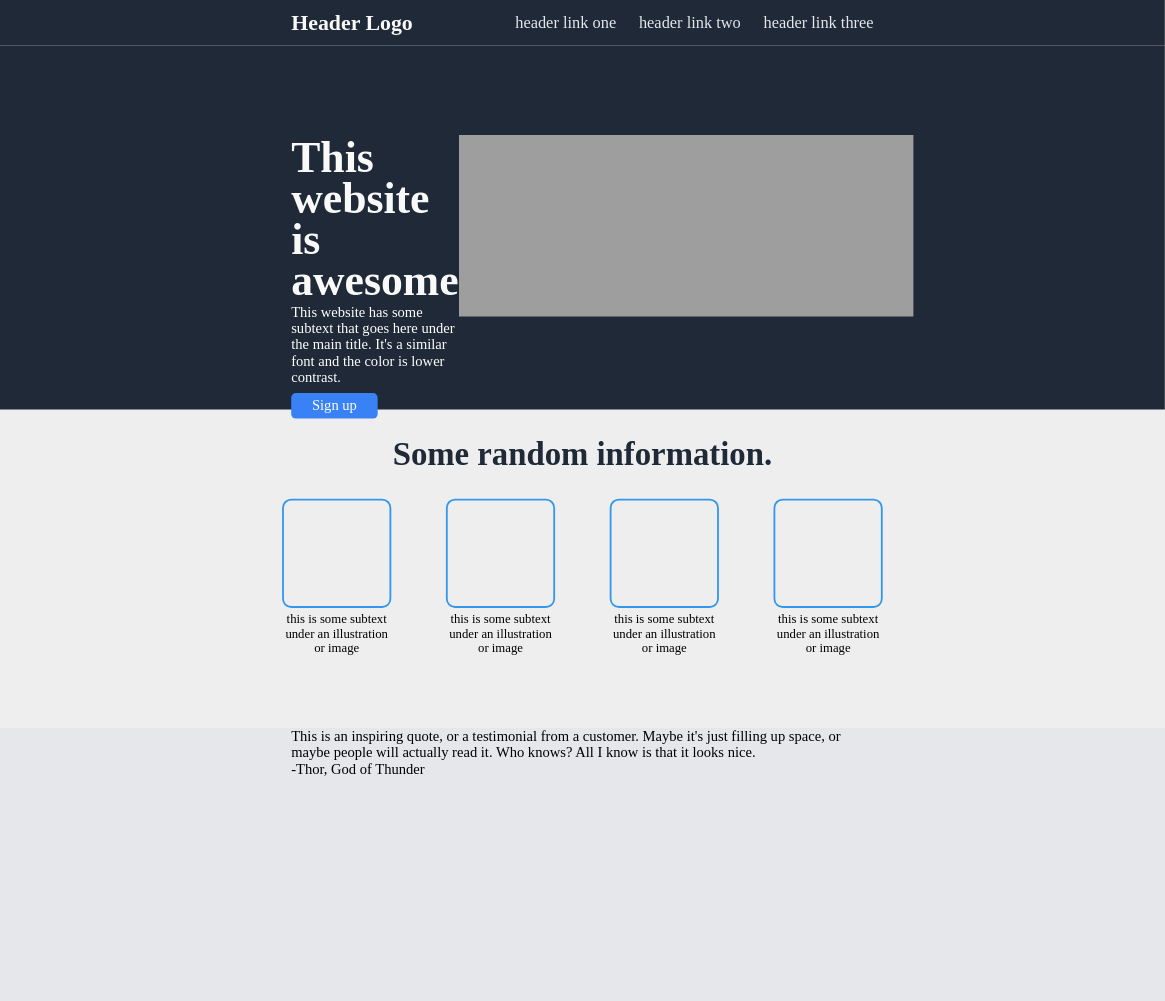
Repository: Pafestivo/Dummy-Landing-Page
Page: index.html
The author's editor kept a copy of each file at every save. The page is drawn from the files as they stood at one save, then again after the next save.
The browser window is 1280 px wide. The pictures show the whole page, at 91% of full size.
Pictures or frames that could not be fetched are drawn as grey boxes.

Above is the page before, as saved 2022-09-26 19:14:18.

### index.html
<!DOCTYPE html>
<html lang="en">
<head>
    <meta charset="UTF-8">
    <meta name="viewport" content="width=device-width, initial-scale=1.0">
    <link rel="stylesheet" href="styles.css">
    <title>Landing Page</title>
</head>
<body>
    <header>
        <div class="container">
            <h1>Header Logo</h1>
            <nav>
                <a href="#">header link one</a>
                <a href="#">header link two</a>
                <a href="#">header link three</a>
            </nav>
        </div> <!-- /container-->
    </header>
    <main>
        <section class="first">
            <div class="container">

                <div class="right">
                    <h1>This website is awesome</h1>
                    <p>This website has some subtext that goes here under the main title. It's a similar font and the color is lower contrast.</p>
                    <a href="#">Sign up</a>
                </div> <!-- /right -->

                <div class="left">
                    <img src="images/office.jpg" alt="Office desk photo" />
                </div> <!-- /left -->

            </div> <!-- /container-->
        </section> <!-- /first -->

        <section class="second">
            <div class="container">

                <h1>Some random information.</h1>
                <div class="boxes">
                    <div class="info">
                        <div class="box"></div>
                        <div class="box-info">
                            <p>this is some subtext under an illustration or image</p>
                        </div> <!-- /box-info -->
                    </div> <!-- /info -->

                    <div class="info">
                        <div class="box"></div>
                        <div class="box-info">
                            <p>this is some subtext under an illustration or image</p>
                        </div> <!-- /box-info -->
                    </div> <!-- /info -->

                    <div class="info">
                        <div class="box"></div>
                        <div class="box-info">
                            <p>this is some subtext under an illustration or image</p>
                        </div> <!-- /box-info -->
                    </div> <!-- /info -->

                    <div class="info">
                        <div class="box"></div>
                        <div class="box-info">
                            <p>this is some subtext under an illustration or image</p>
                        </div> <!-- /box-info -->
                    </div> <!-- /info -->

                </div> <!-- /boxes-->
            </div> <!-- /container-->
        </section> <!-- /second -->

        <section class="third">
            <div class="container">
                <p>This is an inspiring quote, or a testimonial from a customer. Maybe it's just filling up space, or maybe people will actually read it. Who knows? All I know is that it looks nice.</p>
                <p class="quote-owner">-Thor, God of Thunder</p>
            </div> <!-- /container-->
        </section> <!-- /third -->

        <section class="fourth">
            <div class="container">

            </div> <!-- /container-->
        </section> <!-- /fourth -->

        <footer>

        </footer>
    </main>
</body>
</html>

### styles.css
* {
  padding: 0;
  margin: 0;
  box-sizing: border-box;
}

body {
  font-family: serif;
  background-color: #eee;
}

.container {
  width: 50vw;
  margin: 0 auto;
}

a {
  text-decoration: none;
  color: inherit;
}

/* header bar */
header {
  display: flex;
  align-items: center;
  background-color: #1F2937;
  color: #fff;
  height: 50px;
}

header h1 {
  font-size: 24px;
  color: #F9FAF8;
}

header .container {
  display: flex;
  justify-content: space-between;
}

header nav {
  display: flex;
  align-items: center;
  gap: 25px;
}

header a {
  font-size: 18px;
  color: #E5E7EB;
}
/* End header bar  */

/* First section  */
.first {
  background-color: #1F2937;
  height: 400px;
  color: #fff;
}

.first .container {
  display: flex;
  align-items: center;
  justify-content: space-between;
  height: 100%;
}

.right {
  display: flex;
  flex-direction: column;
  gap: 4px;
  height: 200px;
  width: 40%;
}

.right h1 {
  font-size: 48px;
  font-weight: extra-bold;
  color: #F9FAF8;
  line-height: 45px;
}

right p {
  font-size: 18px;
  color: #E5E7EB;
}

.first img {
  width: 500px;
  height: 200px;
}

.first a {
  background-color: #3882F6;
  width: 95px;
  padding: 5px;
  border-radius: 5px;
  margin-top: 4px;
  text-align: center;

}
/* End first section  */

/* Second section */
.second {
  height: 350px;
}

.second h1 {
  text-align: center;
  font-size: 36px;
  font-weight: extra-bold;
  color: #1F2937;
  padding: 28px 0 28px 0;
}

.boxes {
  display: flex;
  justify-content: center;
  gap: 60px;
}

.box {
  width: 120px;
  height: 120px;
  border: 2px solid hsl(207, 82%, 56%);
  border-radius: 10px;
}

.box-info {
  margin-top: 5px;
  width: 120px;
  font-size: 14px;
  text-align: center;
}
/* End second section  */

/* Third section  */
.third {
  background-color: #e5e7eb;
  height: 300px;
}
/* End third section  */

After the next save:
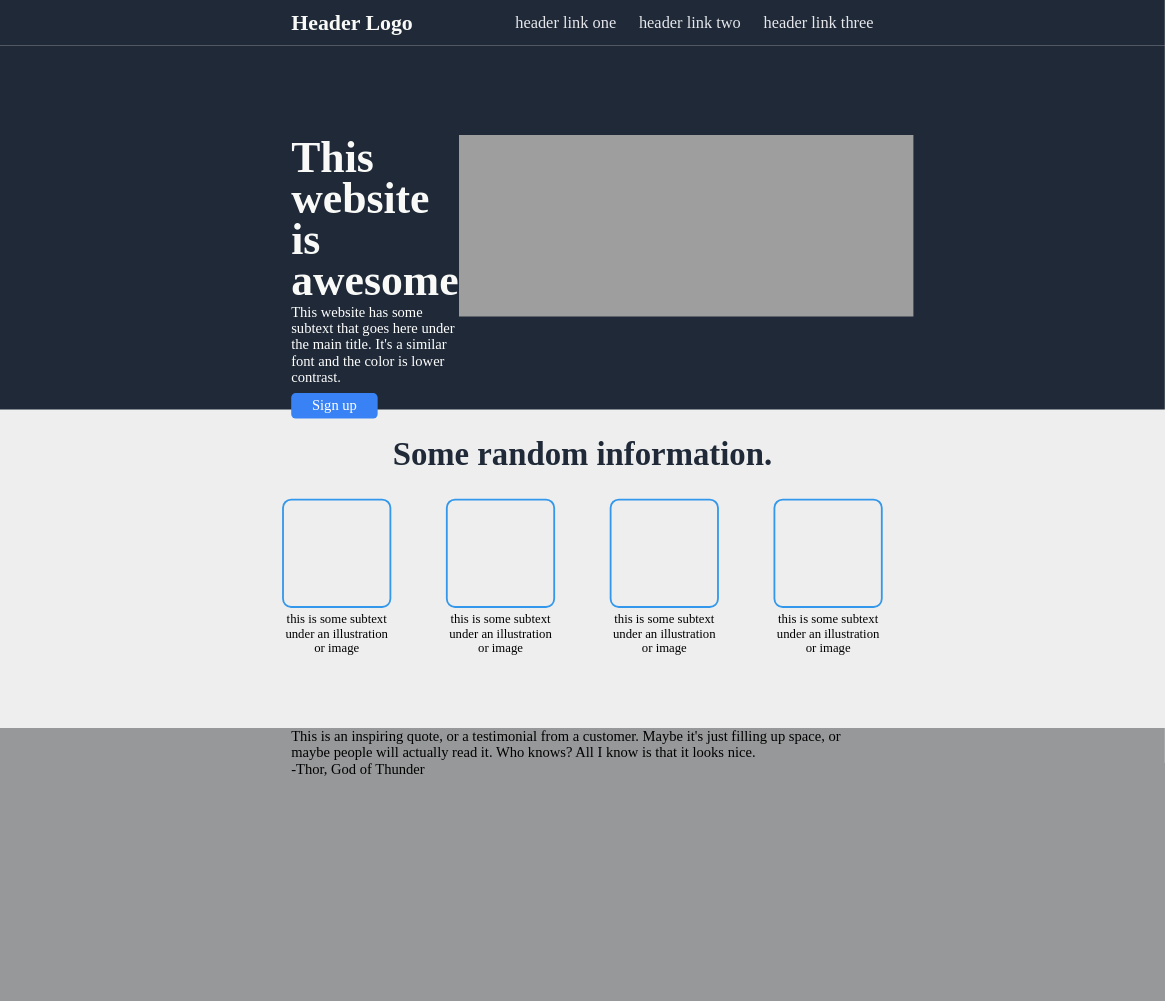
Saved 11 s later.
--- a/styles.css
+++ b/styles.css
@@ -136,7 +136,7 @@ right p {
 
 /* Third section  */
 .third {
-  background-color: #e5e7eb;
+  background-color: #979899;
   height: 300px;
 }
 /* End third section  */
